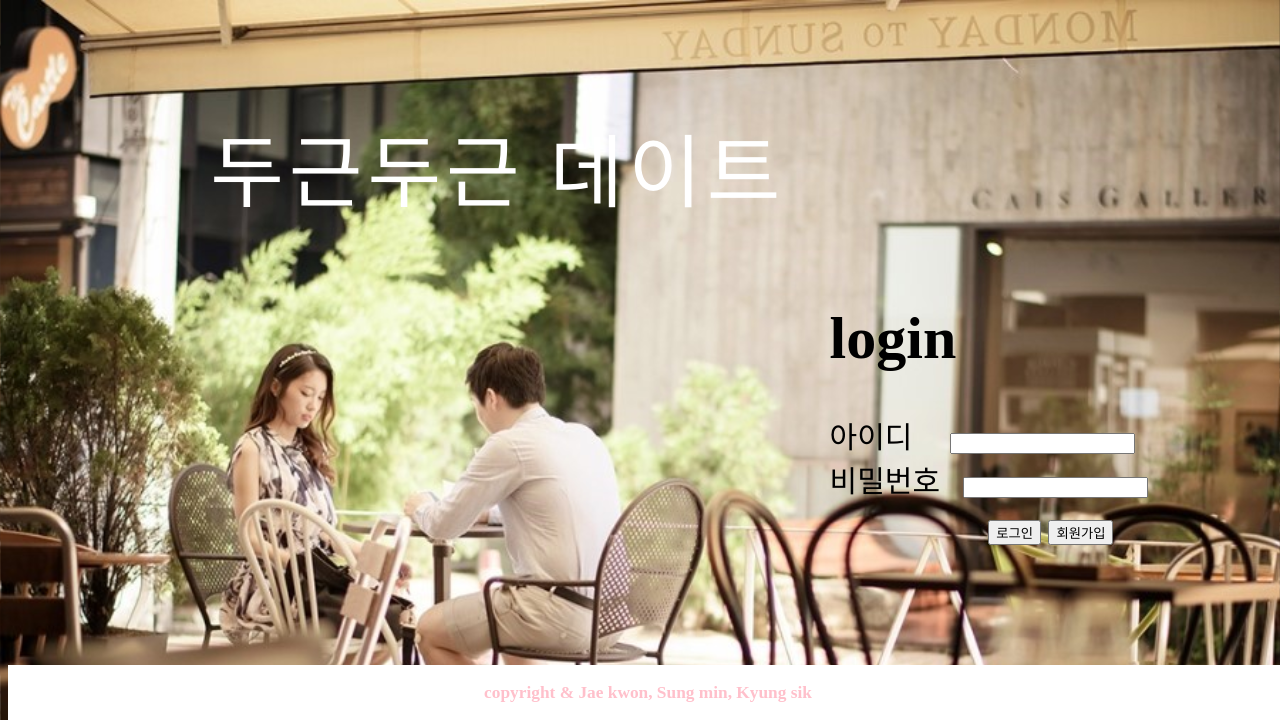
Repository: pinokio531/date_application
Page: http://localhost/doogeunDate/indexPage.jsp
An editor plug-in stored every save of this project. The page is shown before and after the next save, followed by the edit.
The browser window is 1280 px wide. The pictures show the whole page.
Some web fonts or font styles are not loaded; a fallback is used. The page is served by Tomcat 9.

Above is the page before, as saved 2019-06-04 10:18:00.

After the next save:
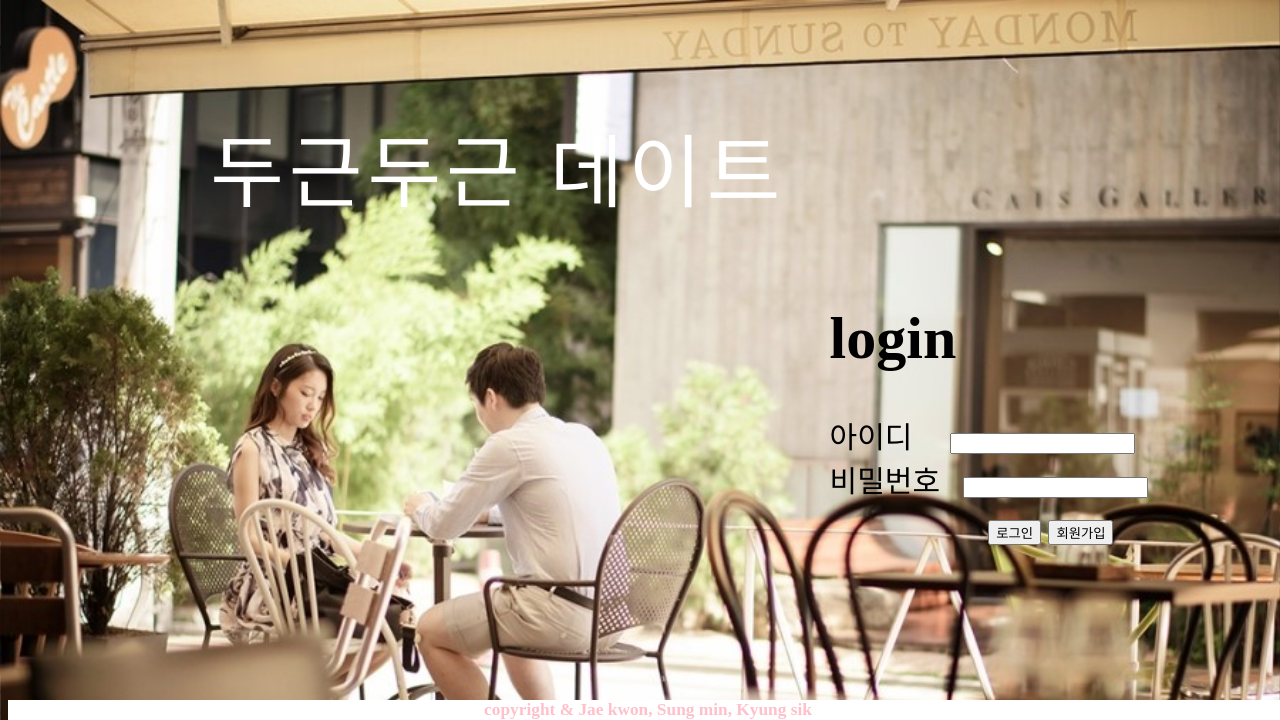
Saved 16 s later.
--- a/doogeunDate/WebContent/style/index.css
+++ b/doogeunDate/WebContent/style/index.css
@@ -41,4 +41,5 @@ body{
 .footer p {
 	color: pink;
     font-weight: bold;
+    margin: 0px;
 }
